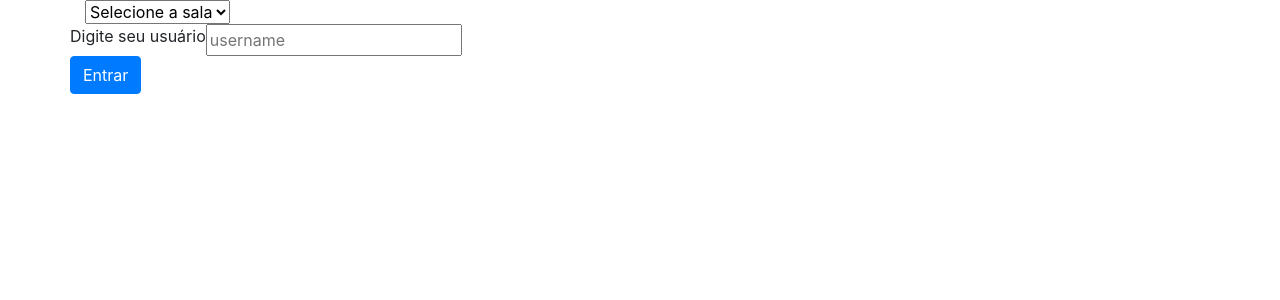
Repository: andre06x/chat-scoketio
Page: / (app in front/)
The author's editor kept a copy of each file at every save. The page is drawn from the files as they stood at one save, then again after the next save.
The browser window is 1280 px wide. The pictures show the whole page.
The page's requests for data from a server got no answer. The project was rebuilt for these pictures with package versions that can differ from the ones it lists, and the page was loaded fresh each time. No one was signed in, and anything a server would have sent is missing. Also part of the build but not shown: front/vite.config.js, front/src/chat.js.

Above is the page before, as saved 2022-05-16 10:59:15.

After the next save:
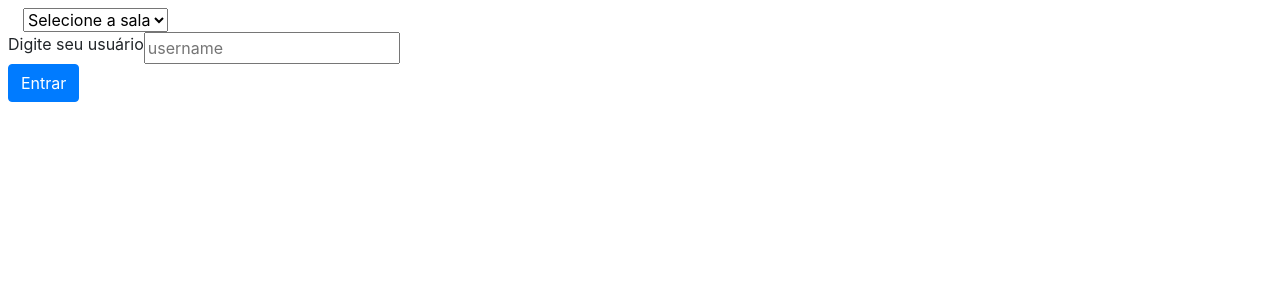
Saved 32 s later.
--- a/front/src/index.jsx
+++ b/front/src/index.jsx
@@ -19,7 +19,7 @@ const Home = () => {
   }, []);
 
   return (
-    <div class="container">
+    <div class="container m-2">
       <div class="row  mx-auto">
         <select name="select_room" id="select_room">
           <option value="-1">Selecione a sala</option>
